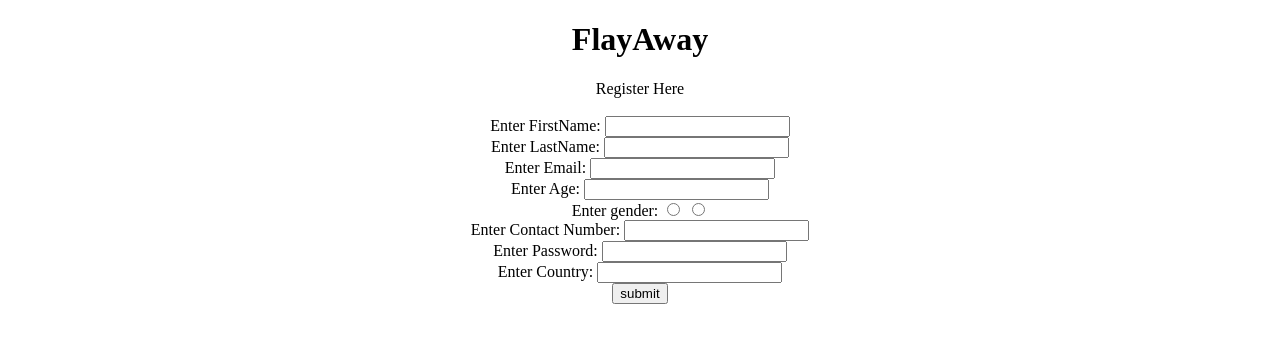
Repository: KartikMuchakandimath/Flyaway
Page: http://localhost/FlayAway/
An editor plug-in stored every save of this project. The page is shown before and after the next save, followed by the edit.
The browser window is 1280 px wide. The pictures show the whole page.
The page is served by Tomcat 9.

Above is the page before, as saved 2022-04-21 10:51:31.

After the next save:
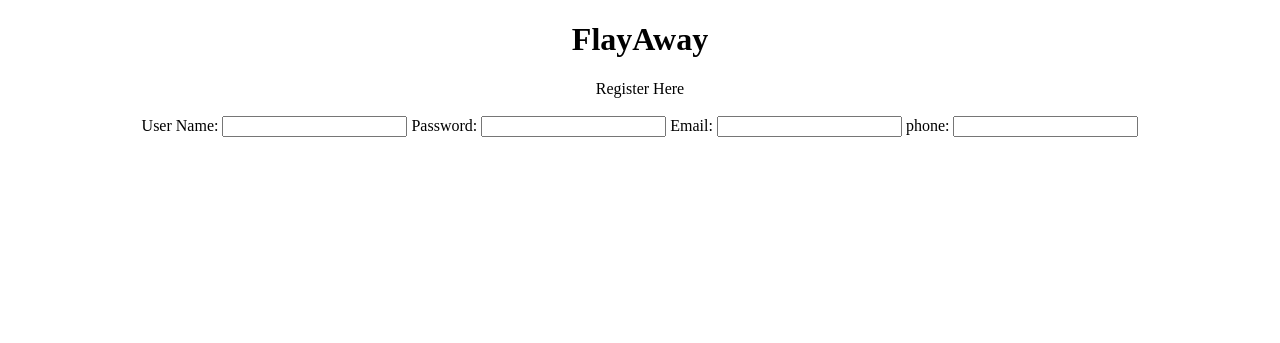
Saved 114 s later.
--- a/FlayAway/src/main/webapp/Registration.jsp
+++ b/FlayAway/src/main/webapp/Registration.jsp
@@ -18,7 +18,7 @@
 </div>
 <br>
 <form action="RegisterServlet" method="post">
-Enter FirstName: <input type=" text"  name="fname" required="required"><br>
+<!--  Enter FirstName: <input type=" text"  name="fname" required="required"><br>
 Enter LastName: <input type=" text"  name="lname" required="required"><br>
 Enter Email: <input type=" email"  name="email" required="required"><br>
 Enter Age: <input type="number"  name="age" required="required"><br>
@@ -31,6 +31,10 @@ Enter Country: <input type="text"  name="country" required="required"><br>
 </form>
 
 </div>
-</center>
+</center> -->
+<tr><td>User Name: </td><td><input type="text" name="uname"></td></tr>
+<tr><td>Password: </td><td><input type="password" name="password"></td></tr>
+<tr><td>Email: </td><td><input type="text" name="email"></td></tr>
+<tr><td>phone: </td><td><input type="text" name="phone"></td></tr>
 </body>
 </html>
